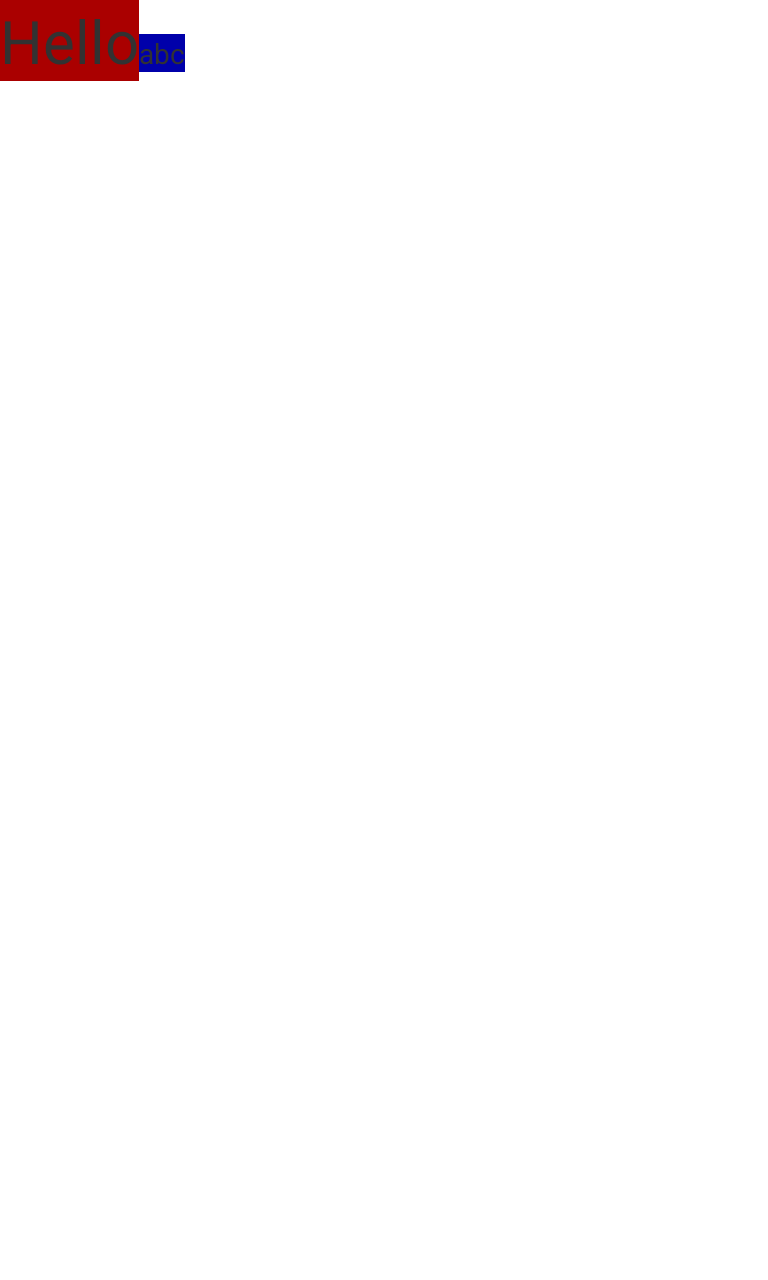
Repository: mrhanliang/Android_4.2
Layout: S01_E14_RelativeLayout/res/layout/activity_main.xml
An editor plug-in stored every save of this project. The layout is shown before and after the next save, followed by the edit.
It is drawn on a 768 x 1280 px phone screen (xhdpi) without system bars, with theme AppTheme; the app's code is not run.

Above is the layout before, as saved 2015-12-02 04:00:34.

After the next save:
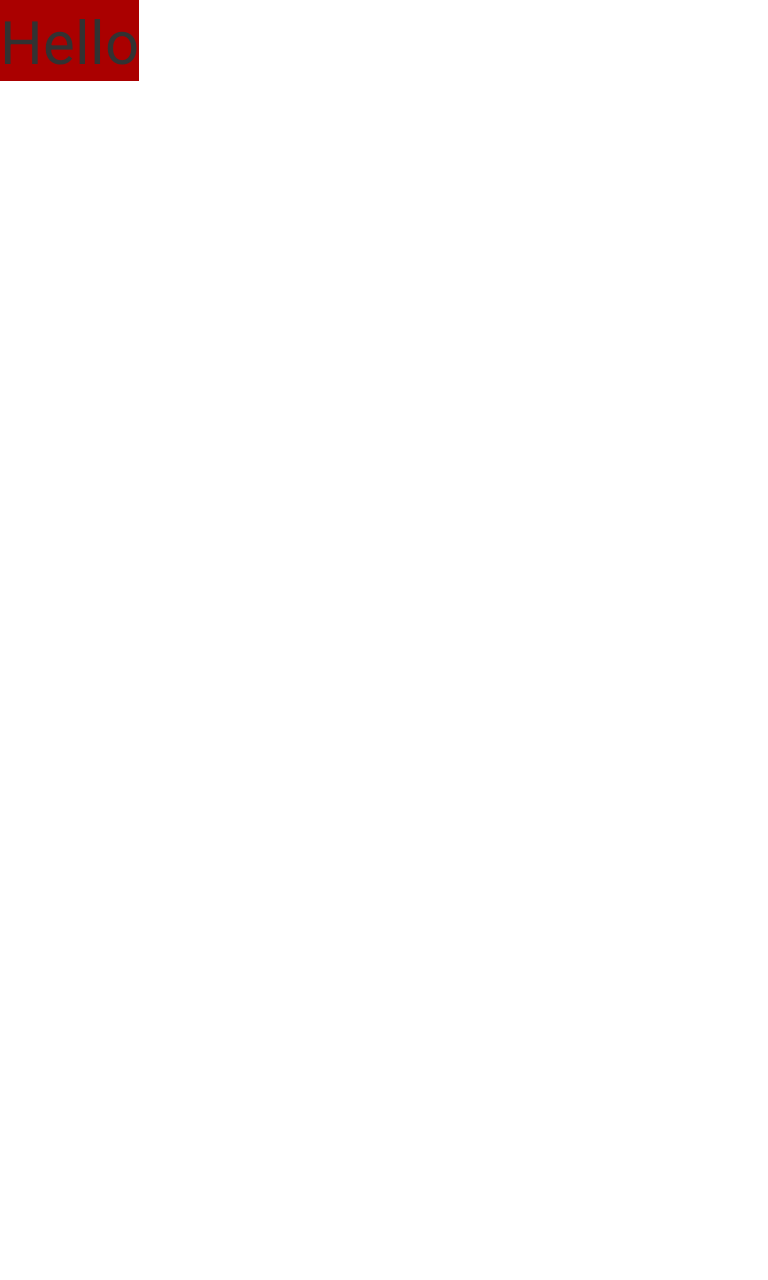
Saved 60 s later.
--- a/S01_E14_RelativeLayout/res/layout/activity_main.xml
+++ b/S01_E14_RelativeLayout/res/layout/activity_main.xml
@@ -12,13 +12,13 @@
         android:textSize="30sp"
         android:text="Hello" />
 
-    <TextView
+    <!-- <TextView
         android:layout_width="wrap_content"
         android:layout_height="wrap_content"
         android:layout_toRightOf="@id/firstViewId"
         android:background="#0000AA"
         android:layout_alignBaseline="@id/firstViewId"
         android:text="abc"
-        />
+        /> -->
 
 </RelativeLayout>
